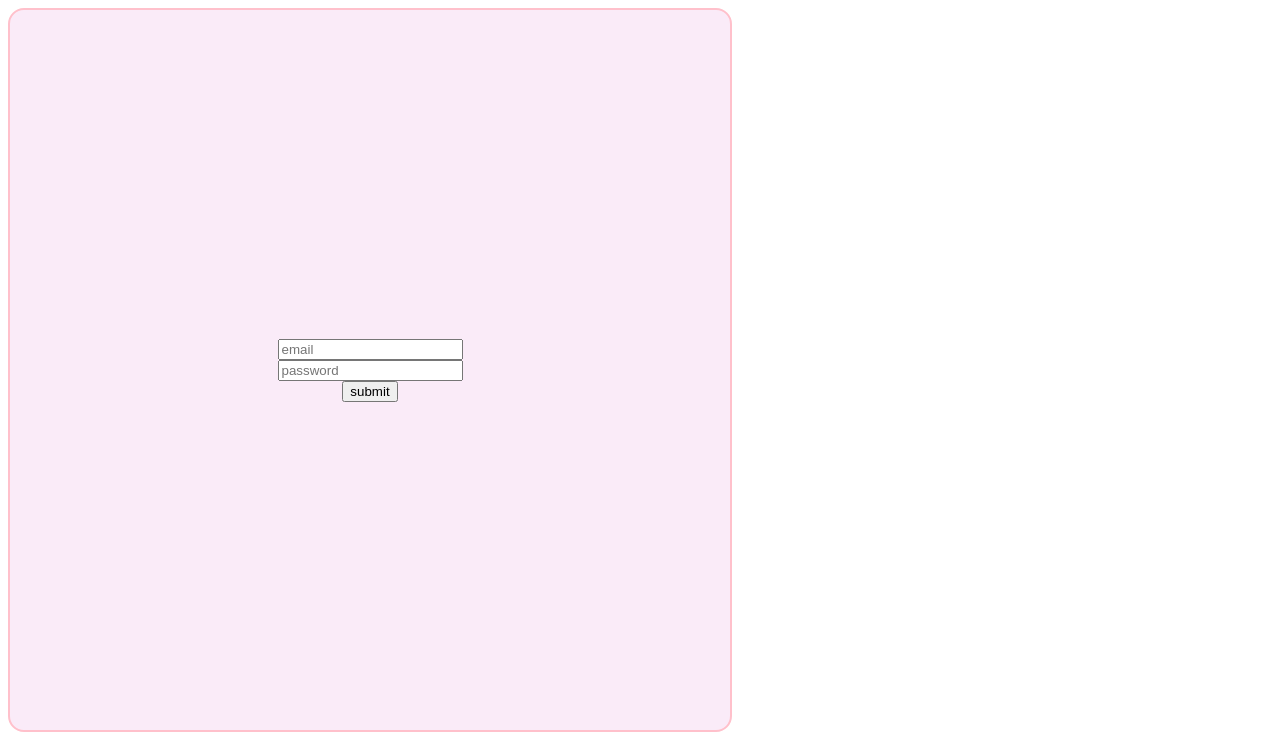
Repository: RenataDzotova/TwitterApp
Page: server/view/login.html
The author's editor kept a copy of each file at every save. The page is drawn from the files as they stood at one save, then again after the next save.
The browser window is 1280 px wide. The pictures show the whole page.

Above is the page before, as saved 2022-12-08 23:10:03.

After the next save:
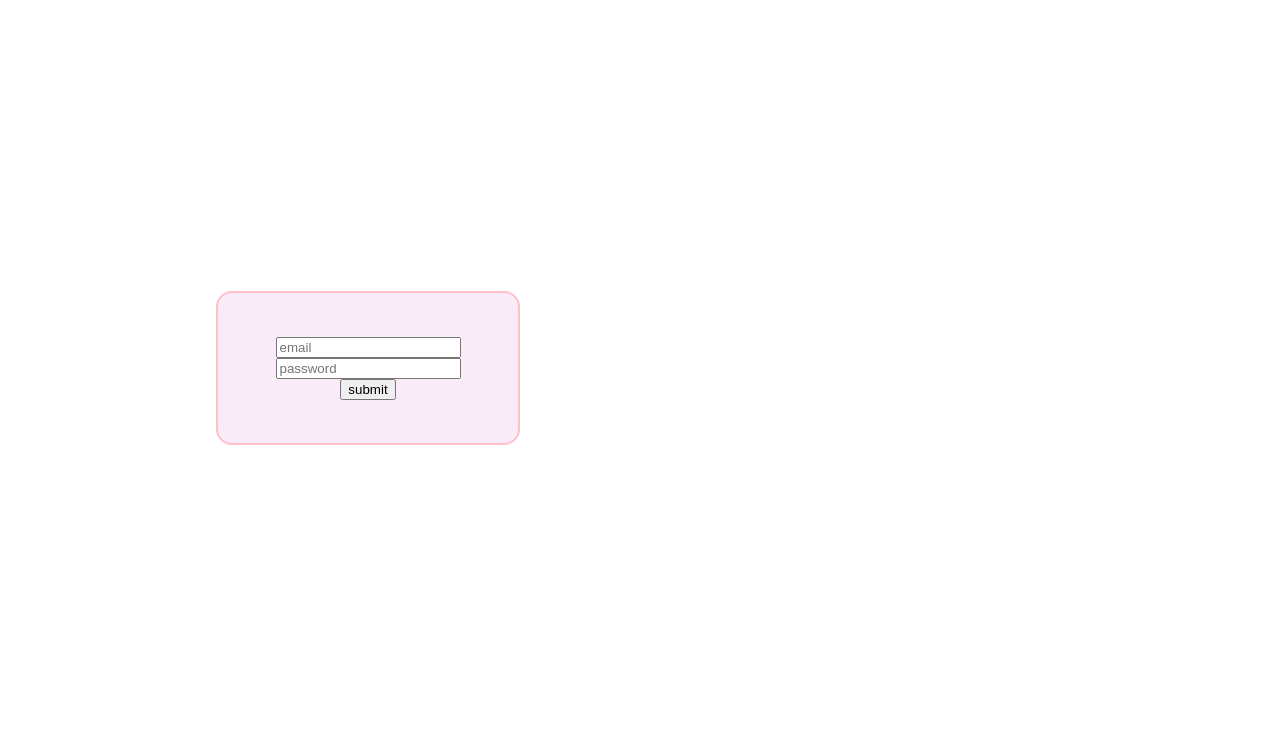
Saved 25 s later.
--- a/server/view/login.html
+++ b/server/view/login.html
@@ -18,7 +18,7 @@
             border: 2px solid pink;
         }
 
-        #container {
+        #wrapper {
             display: flex;
             align-items: center;
             justify-content: center;
